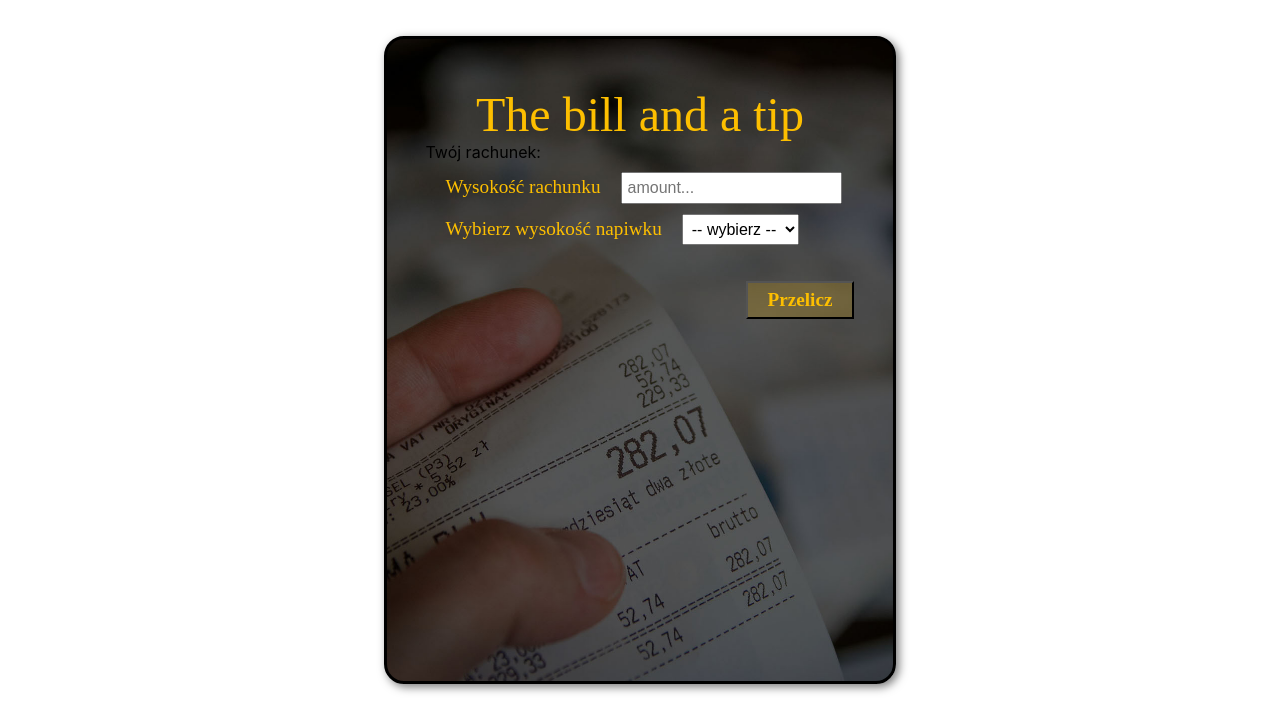
Repository: KrzysKolo/sr_tydzien4_zad1
Page: /
The author's editor kept a copy of each file at every save. The page is drawn from the files as they stood at one save, then again after the next save.
The browser window is 1280 px wide. The pictures show the whole page.
The pointer rests on the first visible `.btn__BillCard`.
Some web fonts or font styles are not loaded; a fallback is used. The project was rebuilt for these pictures with package versions that can differ from the ones it lists, and the page was loaded fresh each time.

Above is the page before, as saved 2020-11-06 10:54:29.

### public/index.html
<!DOCTYPE html>
<html lang="en">
  <head>
    <meta charset="utf-8" />
    <link rel="icon" href="%PUBLIC_URL%/favicon.ico" />
    <meta name="viewport" content="width=device-width, initial-scale=1" />
    <meta name="theme-color" content="#000000" />
    <meta
      name="description"
      content="Web site created using create-react-app"
    />
    <link rel="apple-touch-icon" href="%PUBLIC_URL%/logo192.png" />
    <!--
      manifest.json provides metadata used when your web app is installed on a
      user's mobile device or desktop. See https://developers.google.com/web/fundamentals/web-app-manifest/
    -->
    <link rel="manifest" href="%PUBLIC_URL%/manifest.json" />
    <!--
      Notice the use of %PUBLIC_URL% in the tags above.
      It will be replaced with the URL of the `public` folder during the build.
      Only files inside the `public` folder can be referenced from the HTML.

      Unlike "/favicon.ico" or "favicon.ico", "%PUBLIC_URL%/favicon.ico" will
      work correctly both with client-side routing and a non-root public URL.
      Learn how to configure a non-root public URL by running `npm run build`.
    -->
    <link href="https://fonts.googleapis.com/css2?family=Calligraffitti&family=Shadows+Into+Light+Two&family=Skranji&display=swap" rel="stylesheet">
    <title>Bill and tip</title>
  </head>
  <body>
    <noscript>You need to enable JavaScript to run this app.</noscript>
    <div id="root"></div>
    <!--
      This HTML file is a template.
      If you open it directly in the browser, you will see an empty page.

      You can add webfonts, meta tags, or analytics to this file.
      The build step will place the bundled scripts into the <body> tag.

      To begin the development, run `npm start` or `yarn start`.
      To create a production bundle, use `npm run build` or `yarn build`.
    -->
  </body>
</html>

### src/App.js
import './App.css';
import BillCard from './components/BillCard';
const App = () => {
  return (
    <div>
      <BillCard/>
    </div>
   );
}

export default App;

### src/components/BillCard.js
import React, { Component } from 'react';
import HeaderCard from './HeaderCard';
import SectionCard from './SectionCard';
import './BillCard.css';
class BillCard extends Component {
    state = {  }
    render() {
        return (
            <div className="billCard__wrapper">
                <HeaderCard/>
                <SectionCard />
            </div>
         );
    }
}

export default BillCard;

### src/components/HeaderCard.js
import React from 'react';
const HeaderCard = () => {
    return (
        <div className="billCard__header">
            The bill and a tip
        </div>
     );
}

export default HeaderCard;

### src/components/SectionCard.js
import React, { Component } from 'react';
class SectionCard extends Component {
    state = {  }
    render() {
        return (
            <section>
                <p>Twój rachunek: </p>
                <form>
                    <label className="label__BillCard" for="form__input-amount">Wysokość rachunku</label>
                    <input className="form__items" type="text" id="form__input-amount" name="amount" placeholder="amount..." /><br/>
                    <label className="label__BillCard" for="form__select">Wybierz wysokość napiwku</label>
                    <select className="form__items" name="tip" id="cars">
                        <option value="">-- wybierz --</option>
                        <option value="5">5%</option>
                        <option value="10">10%</option>
                        <option value="15">15%</option>
                        <option value="20">20%</option>
                    </select> <br />
                    <button className="btn__BillCard" type="submit">Przelicz</button>
                </form>
            </section>
         );
    }
}

export default SectionCard;

### src/components/BillCard.css
.billCard__wrapper {
  width: 40vw;
  height: 90vh;
  background: url("./../image/bill.jpg");
  background-size: cover;
  border: 3px solid black;
  border-radius: 20px;
  box-shadow: 3px 3px 10px #7a7a7a;
  display: flex;
  flex-direction: column;
  align-items: center;
  margin: 5vh auto;
}
.billCard__header {
  font-family: "Skranji", cursive;
  font-size: 3rem;
  color: rgb(253, 191, 0);
  margin-top: 3rem;
}
.label__BillCard {
  font-family: "Shadows Into Light Two", cursive;
  font-size: 1.2rem;
  color: rgb(253, 191, 0);
  padding: 20px;
}
.form__items {
  font-size: 1rem;
  padding: 5px;
  margin-top: 10px;
}
.btn__BillCard {
  font-family: "Shadows Into Light Two", cursive;
  font-size: 1.2rem;
  background-color: rgb(253, 191, 0);
  cursor: pointer;
  margin: 5vh auto 2vh 25vw;
  padding: 6px 20px;
  transition: all ease-in-out 0.3s;
  font-weight: bold;
}
.btn__BillCard:hover {
  background-color: rgba(253, 191, 0, 0.2);
  color: rgb(253, 191, 0);
}

Loaded but not shown: src/index.js (common file); src/index.css (common file); src/App.css (common file); public/manifest.json (common file)

After the next save:
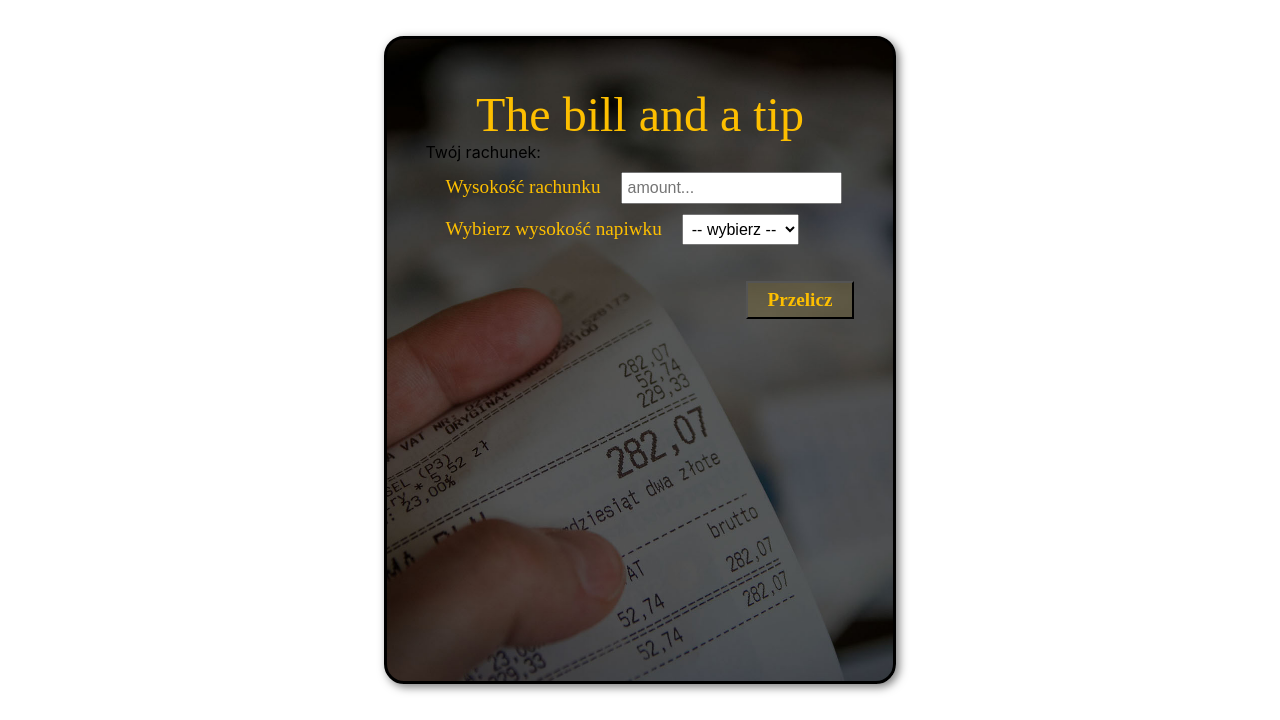
Saved 7 s later.
--- a/src/components/BillCard.css
+++ b/src/components/BillCard.css
@@ -39,6 +39,6 @@
   font-weight: bold;
 }
 .btn__BillCard:hover {
-  background-color: rgba(253, 191, 0, 0.2);
+  background-color: rgba(253, 191, 0, 0.1);
   color: rgb(253, 191, 0);
 }
